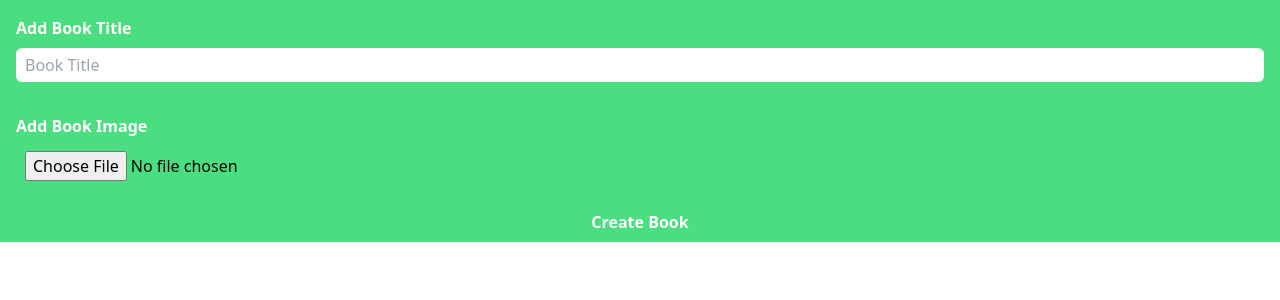
Repository: Marhamat92/booksappwithcontext
Page: /
The author's editor kept a copy of each file at every save. The page is drawn from the files as they stood at one save, then again after the next save.
The browser window is 1280 px wide. The pictures show the whole page.
The project was rebuilt for these pictures with package versions that can differ from the ones it lists, and the page was loaded fresh each time. Also part of the build but not shown: src/App.css.

Above is the page before, as saved 2022-12-07 14:22:10.

After the next save:
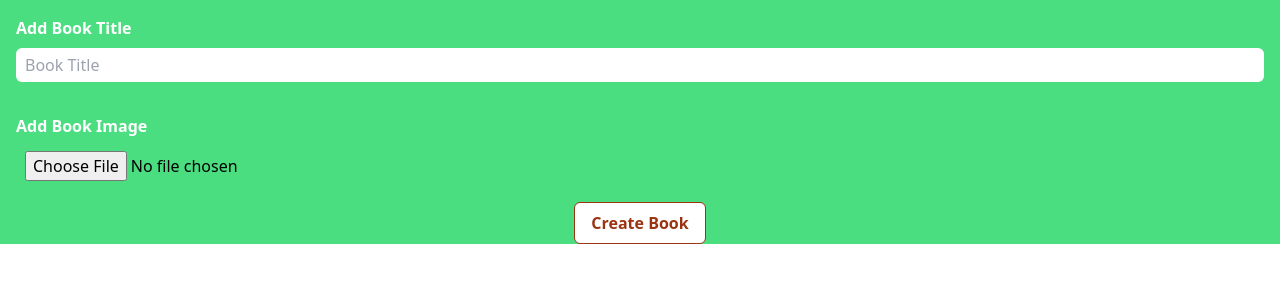
Saved 85 s later.
--- a/src/components/Buttons/MainButton.tsx
+++ b/src/components/Buttons/MainButton.tsx
@@ -10,7 +10,7 @@ function MainButton({ buttonText, type }: Props) {
     <div>
       <button
         type={type}
-        className='bg-green-400 text-white font-bold py-2 px-4 rounded'
+        className='bg-white text-orange-800 font-bold py-2 px-4 rounded-md border border-orange-800'
       >
         {buttonText}
       </button>
